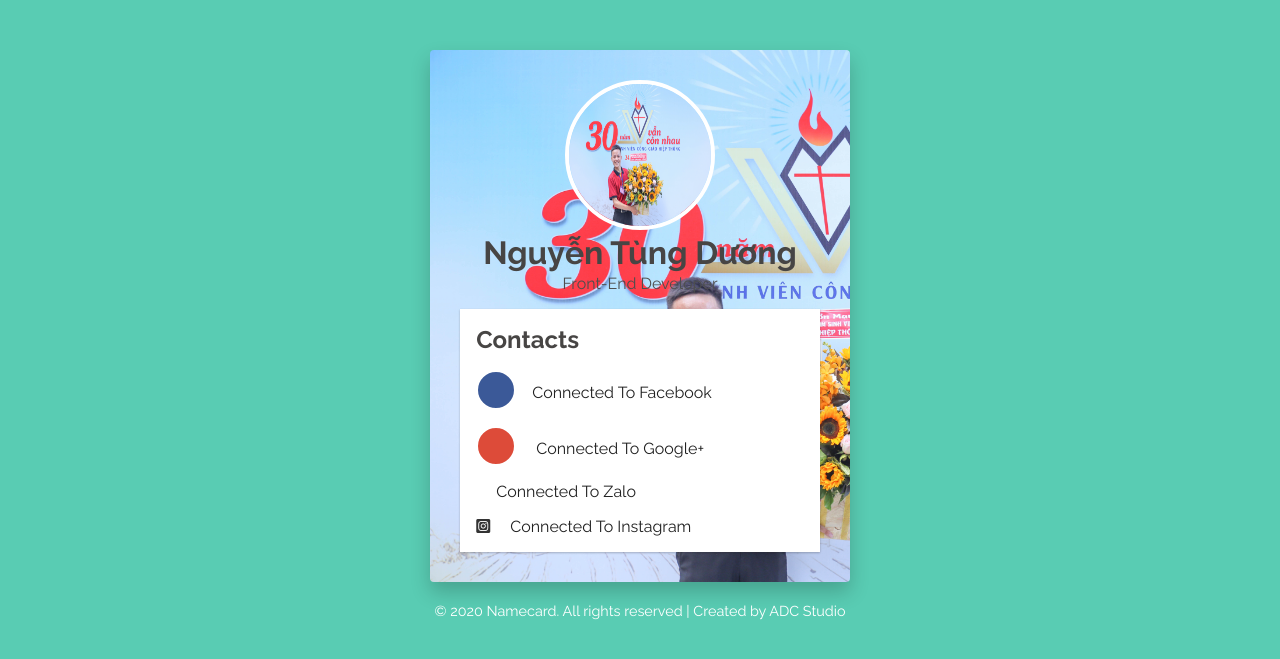
Repository: DuongTungNguyen0899/Card_Duong.github.io
Page: index.html
The author's editor kept a copy of each file at every save. The page is drawn from the files as they stood at one save, then again after the next save.
The browser window is 1280 px wide. The pictures show the whole page.

Above is the page before, as saved 2021-06-27 17:25:19.

After the next save:
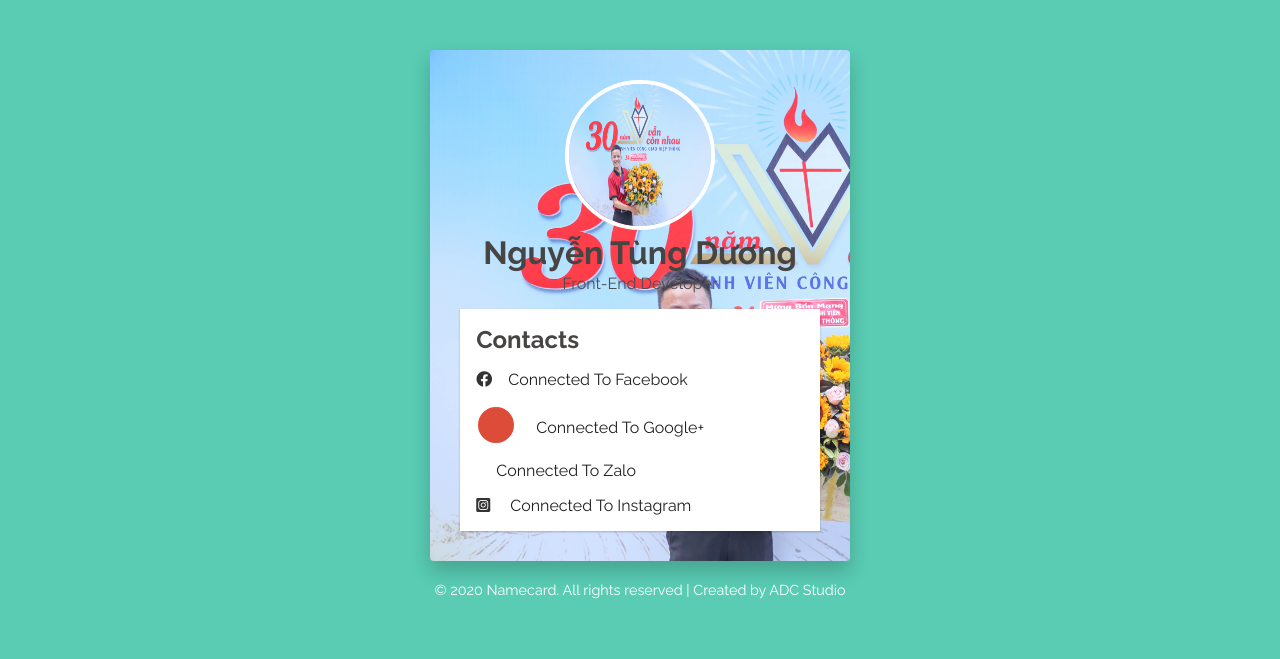
Saved 14 s later.
--- a/index.html
+++ b/index.html
@@ -35,7 +35,7 @@
 				<h5>Contacts</h5>
 				<div class="social">
 					<ul>
-						<li><a href="https://www.facebook.com/DuongTung.td/"> <i class="fa fa-facebook" aria-hidden="true"></i><p>Connected To Facebook</p></a></li>
+						<li><a href="https://www.facebook.com/DuongTung.td/"> <i class="fab fa-facebook" aria-hidden="true"></i><p>Connected To Facebook</p></a></li>
 						<!-- <li><a href="#"><i class="fa fa-twitter" aria-hidden="true"></i> <p>Connected To Twitter</p></a></li> -->
 						<!-- <li><a href="#"><i class="fa fa-linkedin" aria-hidden="true"></i> <p>Connected To Linkedin</p></a></li> -->
                         <li><a href="#"><i class="fa fa-google-plus" aria-hidden="true"></i> <p>Connected To Google+</p></a></li>
